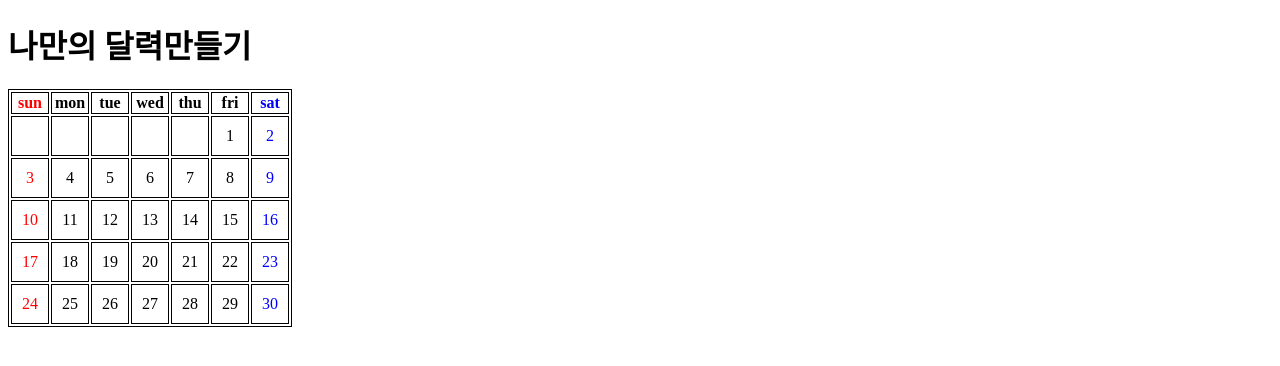
Repository: rong9835/spc2026
Page: homework/calendar.html
These files come from the project's save history. The page is drawn as it stood at one moment and after the next save; the edit follows.
The browser window is 1280 px wide. The pictures show the whole page.

Above is the page before, as saved 2026-04-22 22:51:29.

### homework/calendar.html
<!DOCTYPE html>
<html lang="en">
  <head>
    <meta charset="UTF-8" />
    <meta name="viewport" content="width=device-width, initial-scale=1.0" />
    <title>Document</title>
    <link rel="stylesheet" href="calendar.css" />
  </head>
  <body>
    <h1>나만의 달력만들기</h1>
    <table id="calendar">
      <tr>
        <th>sun</th>
        <th>mon</th>
        <th>tue</th>
        <th>wed</th>
        <th>thu</th>
        <th>fri</th>
        <th>sat</th>
      </tr>
      <tr>
        <td></td>
        <td></td>
        <td></td>
        <td></td>
        <td></td>
        <td>1</td>
        <td>2</td>
      </tr>
      <tr>
        <td>3</td>
        <td>4</td>
        <td>5</td>
        <td>6</td>
        <td>7</td>
        <td>8</td>
        <td>9</td>
      </tr>
      <tr>
        <td>10</td>
        <td>11</td>
        <td>12</td>
        <td>13</td>
        <td>14</td>
        <td>15</td>
        <td>16</td>
      </tr>
      <tr>
        <td>17</td>
        <td>18</td>
        <td>19</td>
        <td>20</td>
        <td>21</td>
        <td>22</td>
        <td>23</td>
      </tr>
      <tr>
        <td>24</td>
        <td>25</td>
        <td>26</td>
        <td>27</td>
        <td>28</td>
        <td>29</td>
        <td>30</td>
      </tr>
    </table>
  </body>
</html>

### homework/calendar.css
table {
  border: 1px solid black;
}
#calendar td {
  text-align: center;
  padding: 10px;
  border: 1px solid black;
}

#calendar th {
  border: 1px solid black;
}

#calendar tr :first-child {
  color: red;
}
#calendar tr :last-child {
  color: blue;
}

After the next save:
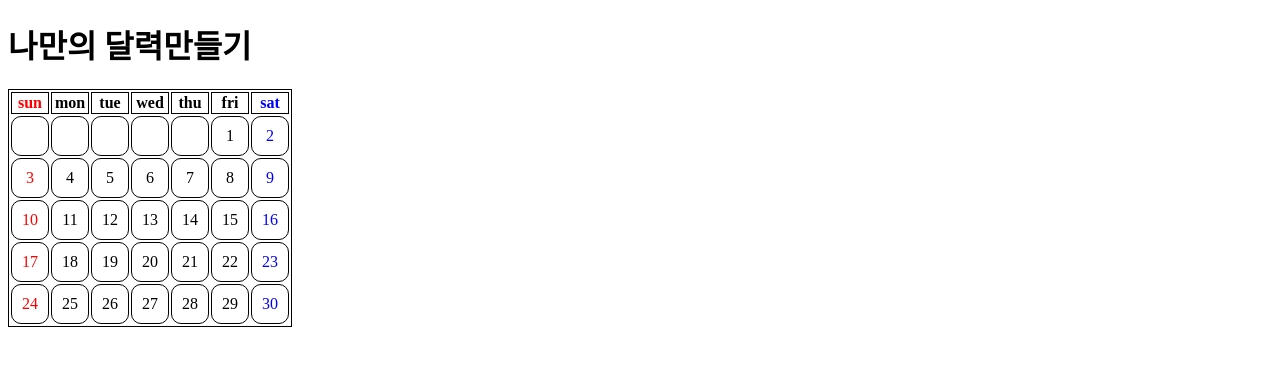
Saved 16 s later.
--- a/homework/calendar.css
+++ b/homework/calendar.css
@@ -5,6 +5,7 @@ table {
   text-align: center;
   padding: 10px;
   border: 1px solid black;
+  border-radius: 10px;
 }
 
 #calendar th {
